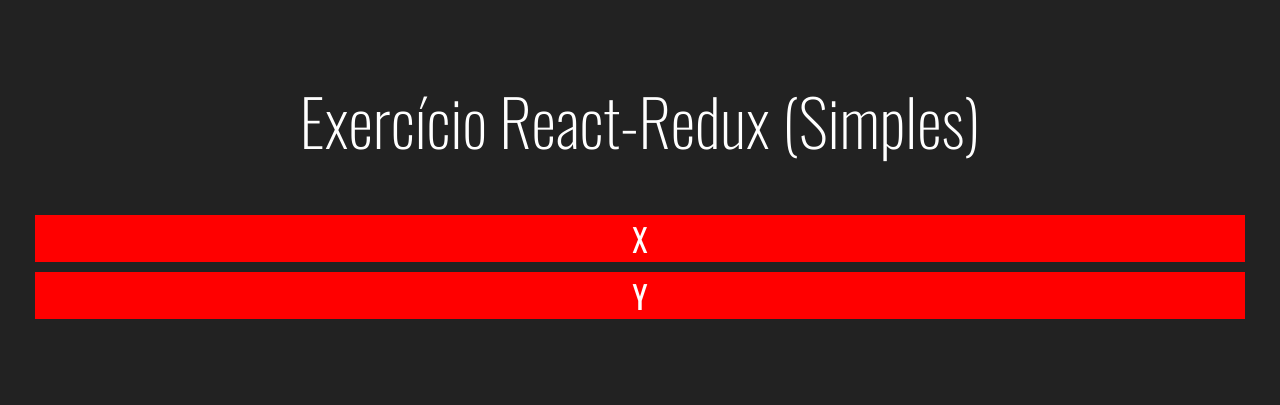
Repository: WellysonP/testando-react-redux
Page: /
An editor plug-in stored every save of this project. The page is shown before and after the next save, followed by the edit.
The browser window is 1280 px wide. The pictures show the whole page.
The project was rebuilt for these pictures with package versions that can differ from the ones it lists, and the page was loaded fresh each time.

Above is the page before, as saved 2023-01-12 16:34:21.

### public/index.html
<!DOCTYPE html>
<html lang="en">
  <head>
    <link rel="preconnect" href="https://fonts.googleapis.com">
<link rel="preconnect" href="https://fonts.gstatic.com" crossorigin>
<link href="https://fonts.googleapis.com/css2?family=Oswald:wght@200;300;400;500;600;700&display=swap" rel="stylesheet">
    <meta charset="utf-8" />
    <link rel="icon" href="%PUBLIC_URL%/favicon.ico" />
    <meta name="viewport" content="width=device-width, initial-scale=1" />
    <meta name="theme-color" content="#000000" />
    <meta
      name="description"
      content="Web site created using create-react-app"
    />
    <link rel="apple-touch-icon" href="%PUBLIC_URL%/logo192.png" />
    <!--
      manifest.json provides metadata used when your web app is installed on a
      user's mobile device or desktop. See https://developers.google.com/web/fundamentals/web-app-manifest/
    -->
    <link rel="manifest" href="%PUBLIC_URL%/manifest.json" />
    <!--
      Notice the use of %PUBLIC_URL% in the tags above.
      It will be replaced with the URL of the `public` folder during the build.
      Only files inside the `public` folder can be referenced from the HTML.

      Unlike "/favicon.ico" or "favicon.ico", "%PUBLIC_URL%/favicon.ico" will
      work correctly both with client-side routing and a non-root public URL.
      Learn how to configure a non-root public URL by running `npm run build`.
    -->
    <title>React App</title>
  </head>
  <body>
    <noscript>You need to enable JavaScript to run this app.</noscript>
    <div id="root"></div>
    <!--
      This HTML file is a template.
      If you open it directly in the browser, you will see an empty page.

      You can add webfonts, meta tags, or analytics to this file.
      The build step will place the bundled scripts into the <body> tag.

      To begin the development, run `npm start` or `yarn start`.
      To create a production bundle, use `npm run build` or `yarn build`.
    -->
  </body>
</html>

### src/index.css
body{
  background-color: #222;
  font-size: 2rem;
  font-family: Oswald;
  color: #fff;
  margin: 30px;
}

### src/App.js
import logo from './logo.svg';
import './App.css';
import Card from './components/Card';

function App() {
  return (
    <div className="App">
      <h1>Exercício React-Redux (Simples)</h1>
      <div className='linha'>
      <Card>X</Card>
      </div>
      <div className='linha'>
      <Card>Y</Card>
      </div>
    </div>
  );
}

export default App;

### src/App.css
.App{
  display: flex;
  flex-direction: column;
  text-align: center;
}

h1{
  font-weight: 200;
}

.linha{
  display: flex;
}

### src/components/Card.jsx
import "./Card.css"

export default props => {
    return (
        <div className="Card">
            <div className="Header">
                <span className="Title">{props.title}</span>
            </div>
            <div className="Content">
                {props.children}
            </div>
        </div>
    )
}

### src/components/Card.css
.Card{
    flex: 1;
    display: flex;
    flex-direction: column;
    margin: 5px;
    background-color: red;
}

.Card .Header{
    display: flex;
    flex-direction: row;
    justify-content: center;
}

Loaded but not shown: src/index.js (common file); src/reportWebVitals.js (common file)

After the next save:
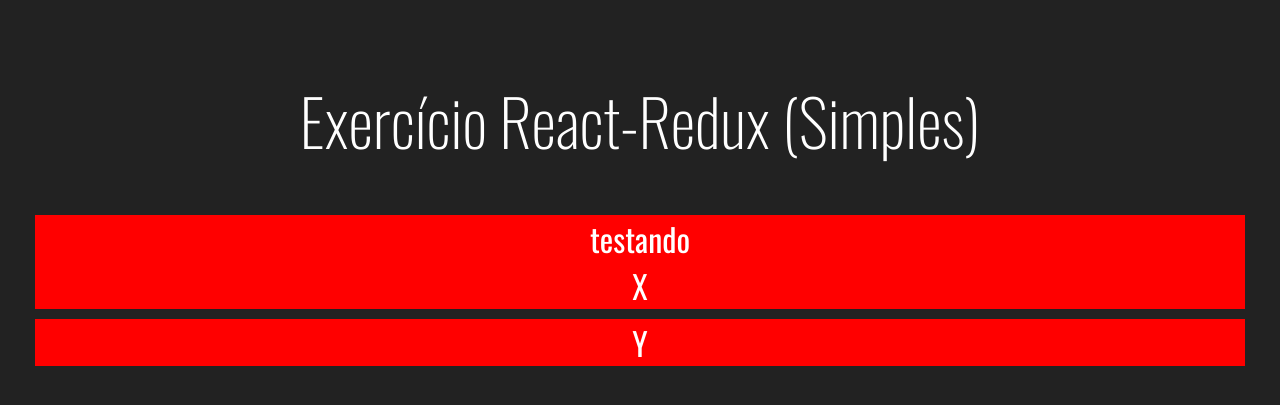
Saved 25 s later.
--- a/src/App.js
+++ b/src/App.js
@@ -7,10 +7,14 @@ function App() {
     <div className="App">
       <h1>Exercício React-Redux (Simples)</h1>
       <div className='linha'>
-      <Card>X</Card>
+      <Card title="testando">
+        X
+        </Card>
       </div>
       <div className='linha'>
-      <Card>Y</Card>
+      <Card>
+        Y
+        </Card>
       </div>
     </div>
   );
